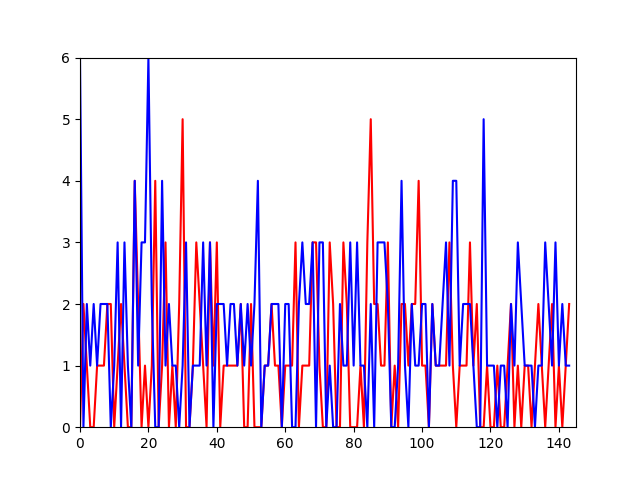
Repository: nelsonalexandrino/python_matplotlib_datavisualization_
Script's output: python LineAndScatterSplots.py
These files come from the project's save history. The script's output is drawn as it stood at one moment and after the next save; the edit follows.
Each picture stacks the figures in order, with grey between them; figures that are only written to a file come last. Random numbers start from a fixed seed.

Above is the script's output before, as saved 2019-08-25 10:22:50.

After the next save:
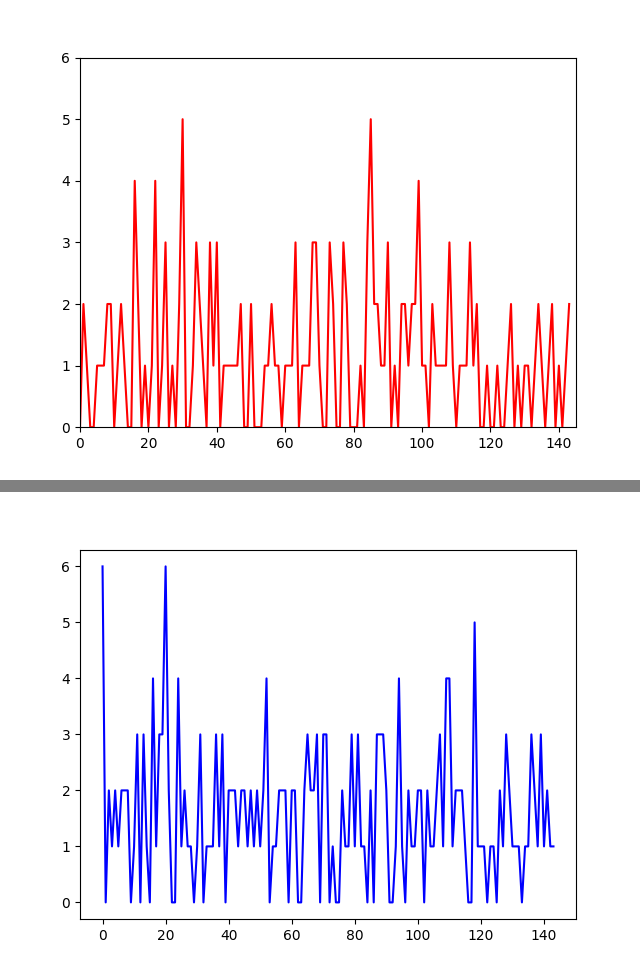
Saved 93 s later.
--- a/LineAndScatterSplots.py
+++ b/LineAndScatterSplots.py
@@ -10,8 +10,9 @@ xAxis = []
 for i in range(len(HomeTeamGoals)):
     xAxis.append(i)
 
-pyplot.plot(xAxis, AwayTeamGoals, c='red')
-pyplot.plot(xAxis, HomeTeamGoals, c='blue')
 pyplot.xlim(0, 145)
 pyplot.ylim(0, 6)
+pyplot.plot(xAxis, AwayTeamGoals, c='red')
 pyplot.show()
+pyplot.plot(xAxis, HomeTeamGoals, c='blue')
+pyplot.show()
